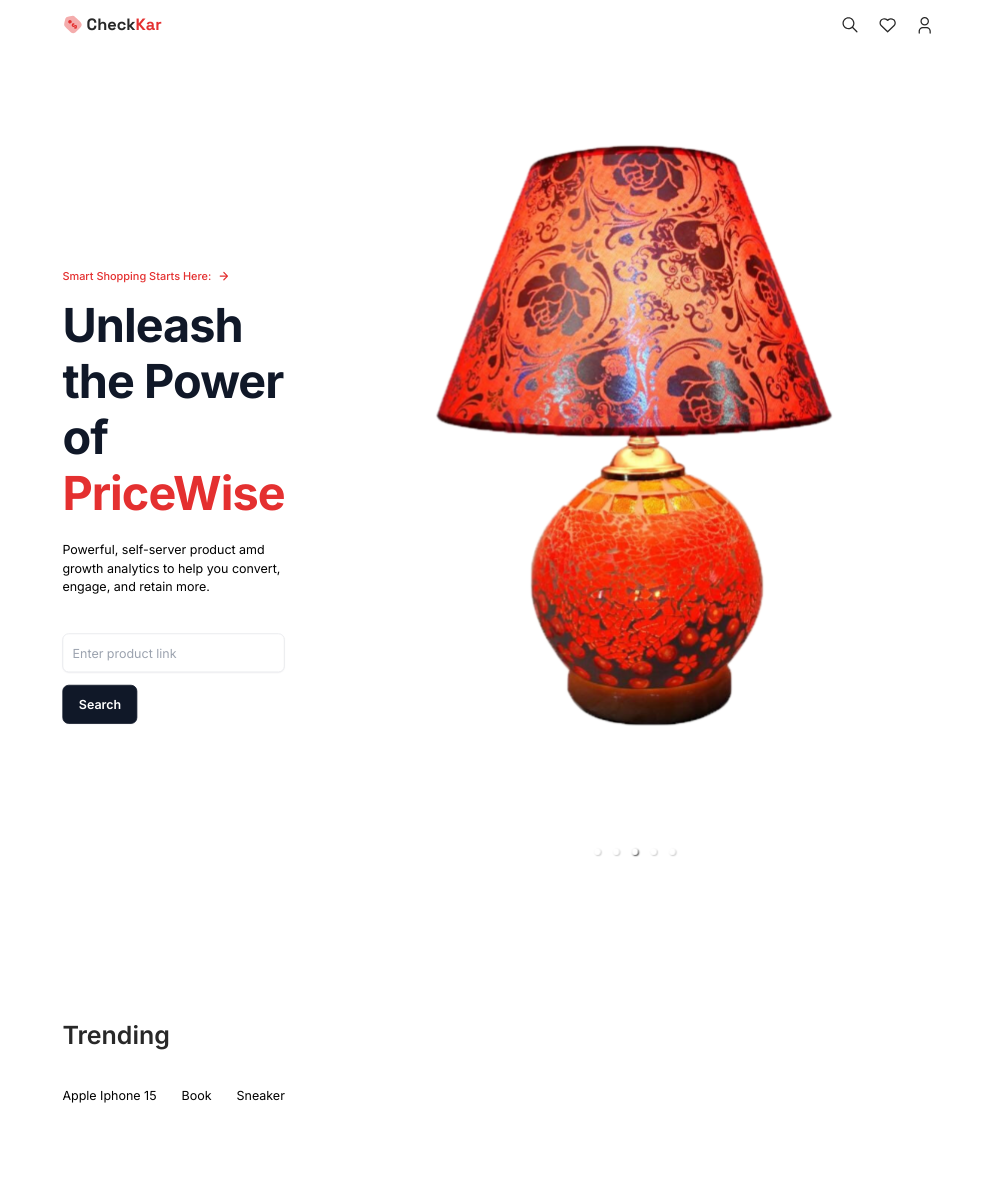
Repository: sahildhargave/price_compare
Page: /
An editor plug-in stored every save of this project. The page is shown before and after the next save, followed by the edit.
The browser window is 1280 px wide. The pictures show the whole page, at 78% of full size.
The project was rebuilt for these pictures with package versions that can differ from the ones it lists, and the page was loaded fresh each time. The framework's server and built-in components were replaced by stand-ins that run in the browser. Also part of the build but not shown: next.config.js.

Above is the page before, as saved 2023-12-18 14:17:40.

### app/layout.tsx
import type { Metadata } from 'next'
import { Inter , Space_Grotesk} from 'next/font/google'
import './globals.css'
import Navbar from '@/components/Navbar'

const inter = Inter({ subsets: ['latin'] })
const spaceGrotesk = Space_Grotesk({
	subsets: ['latin'], weight: ['300','400','500','600','700']
})
export const metadata: Metadata = {
  title: 'WebScrapping',
  description: 'Comparing Product Price',
}

export default function RootLayout({
  children,
}: {
  children: React.ReactNode
}) {
  return (
    <html lang="en">
      <body className={inter.className}>
		<main className='max-w-10xl mx-auto'>
			<Navbar/>
			{children}
		</main>
		</body>
    </html>
  )
}

### app/page.tsx
import React from 'react'
import Image from 'next/image'
import Searchbar from '@/components/Searchbar'
import HeroCarousel from '@/components/HeroCarousel'

const Home = () => {
	//const allProduct = await getAppProducts();

  return (
	<>
    <section className="px-6 md:px-20 py-24
	">
		<div className="flex max-xl:flex-col gap-16">
			<div className='flex flex-col justify-center'>
				<p className='small-text'>
					Smart Shopping Starts Here:
					<Image
					src="/assets/icons/arrow-right.svg"
                    alt="arrow-right"
					width={16}
					height={16}

					/>
				</p>

				<h1 className='head-text'>
					Unleash the Power of {" "}
					<span className='text-primary'>PriceWise</span>
				</h1>
				<p className='mt-6'>
					Powerful, self-server product amd growth analytics to help you convert, engage, and retain more.
				</p>
				<Searchbar/>
			</div>
           <HeroCarousel/>
		</div>


		</section>
		<section className='trending-section'>
			<h2 className='section-text'>Trending</h2>

			<div className='flex flex-wrap gap-x-8 gap-y-16'>
				{['Apple Iphone 15', 'Book', 'Sneaker'].map
				((product) => (
					<div>{product}</div>
				))
				}
			</div>
		</section>
	</>
  )
}

export default Home

### components/Navbar.tsx
import Link from 'next/link'
import React from 'react'
import Image from 'next/image'


const navIcons =[
	{src:'/assets/icons/search.svg', alt: 'search'},
	{src:'/assets/icons/black-heart.svg', alt: 'heart'},
	{src:'/assets/icons/user.svg', alt: 'user'},

]
const Navbar = () => {
  return (
	<header className='w-full'>
    <nav className='nav'>
     <Link href="/" className='flex items-center gap-1'>
		<Image
		src="/assets/icons/logo.svg"
		width={27}
		height={27}
		alt="logo"
		/>
		<p className='nav-logo'>
			Check<span className='text-primary'>Kar</span>

		</p>
		</Link>
		<div className='flex items-center gap-5'>
        {navIcons.map((icon) => (
			<Image
			key={icon.alt}
			src={icon.src}
			alt={icon.alt}
			width={28}
			height={28}
			className='object-contain'
			/>
		))}
		</div>


	</nav>
	</header>

  )
}

//
//import {
//  Navbar,
//  MobileNav,
//  Typography,
//  Button,
//  Menu,
//  MenuHandler,
//  MenuList,
//  MenuItem,
//  Avatar,
//  Card,
//  IconButton,
//} from "@material-tailwind/react";
//import {
//  CubeTransparentIcon,
//  UserCircleIcon,
//  CodeBracketSquareIcon,
//  Square3Stack3DIcon,
//  ChevronDownIcon,
//  Cog6ToothIcon,
//  InboxArrowDownIcon,
//  LifebuoyIcon,
//  PowerIcon,
//  RocketLaunchIcon,
//  Bars2Icon,
//} from "@heroicons/react/24/solid";
//
//// profile menu component
//const profileMenuItems = [
//  {
//    label: "My Profile",
//    icon: UserCircleIcon,
//  },
//  {
//    label: "Edit Profile",
//    icon: Cog6ToothIcon,
//  },
//  {
//    label: "Inbox",
//    icon: InboxArrowDownIcon,
//  },
//  {
//    label: "Help",
//    icon: LifebuoyIcon,
//  },
//  {
//    label: "Sign Out",
//    icon: PowerIcon,
//  },
//];
//
//function ProfileMenu() {
//  const [isMenuOpen, setIsMenuOpen] = React.useState(false);
//
//  const closeMenu = () => setIsMenuOpen(false);
//
//  return (
//    <Menu open={isMenuOpen} handler={setIsMenuOpen} placement="bottom-end">
//      <MenuHandler>
//        <Button
//          variant="text"
//          color="blue-gray"
//          className="flex items-center gap-1 rounded-full py-0.5 pr-2 pl-0.5 lg:ml-auto"
//        >
//          <Avatar
//            variant="circular"
//            size="sm"
//            alt="tania andrew"
//            className="border border-gray-900 p-0.5"
//            src="https://images.unsplash.com/photo-1633332755192-727a05c4013d?ixlib=rb-1.2.1&ixid=MnwxMjA3fDB8MHxwaG90by1wYWdlfHx8fGVufDB8fHx8&auto=format&fit=crop&w=1480&q=80"
//          />
//          <ChevronDownIcon
//            strokeWidth={2.5}
//            className={`h-3 w-3 transition-transform ${
//              isMenuOpen ? "rotate-180" : ""
//            }`}
//          />
//        </Button>
//      </MenuHandler>
//      <MenuList className="p-1">
//        {profileMenuItems.map(({ label, icon }, key) => {
//          const isLastItem = key === profileMenuItems.length - 1;
//          return (
//            <MenuItem
//              key={label}
//              onClick={closeMenu}
//              className={`flex items-center gap-2 rounded ${
//                isLastItem
//                  ? "hover:bg-red-500/10 focus:bg-red-500/10 active:bg-red-500/10"
//                  : ""
//              }`}
//            >
//              {React.createElement(icon, {
//                className: `h-4 w-4 ${isLastItem ? "text-red-500" : ""}`,
//                strokeWidth: 2,
//              })}
//              <Typography
//                as="span"
//                variant="small"
//                className="font-normal"
//                color={isLastItem ? "red" : "inherit"}
//              >
//                {label}
//              </Typography>
//            </MenuItem>
//          );
//        })}
//      </MenuList>
//    </Menu>
//  );
//}
//
//// nav list menu
//const navListMenuItems = [
//  {
//    title: "@material-tailwind/html",
//    description:
//      "Learn how to use @material-tailwind/html, packed with rich components and widgets.",
//  },
//  {
//    title: "@material-tailwind/react",
//    description:
//      "Learn how to use @material-tailwind/react, packed with rich components for React.",
//  },
//  {
//    title: "Material Tailwind PRO",
//    description:
//      "A complete set of UI Elements for building faster websites in less time.",
//  },
//];
//
//function NavListMenu() {
//  const [isMenuOpen, setIsMenuOpen] = React.useState(false);
//
//  const renderItems = navListMenuItems.map(({ title, description }) => (
//    <a href="#" key={title}>
//      <MenuItem>
//        <Typography variant="h6" color="blue-gray" className="mb-1">
//          {title}
//        </Typography>
//        <Typography variant="small" color="gray" className="font-normal">
//          {description}
//        </Typography>
//      </MenuItem>
//    </a>
//  ));
//
//  return (
//    <React.Fragment>
//      <Menu allowHover open={isMenuOpen} handler={setIsMenuOpen}>
//        <MenuHandler>
//          <Typography as="a" href="#" variant="small" className="font-normal">
//            <MenuItem className="hidden items-center gap-2 font-medium text-blue-gray-900 lg:flex lg:rounded-full">
//              <Square3Stack3DIcon className="h-[18px] w-[18px] text-blue-gray-500" />{" "}
//              Pages{" "}
//              <ChevronDownIcon
//                strokeWidth={2}
//                className={`h-3 w-3 transition-transform ${
//                  isMenuOpen ? "rotate-180" : ""
//                }`}
//              />
//            </MenuItem>
//          </Typography>
//        </MenuHandler>
//        <MenuList className="hidden w-[36rem] grid-cols-7 gap-3 overflow-visible lg:grid">
//          <Card
//            color="blue"
//            shadow={false}
//            variant="gradient"
//            className="col-span-3 grid h-full w-full place-items-center rounded-md"
//          >
//            <RocketLaunchIcon strokeWidth={1} className="h-28 w-28" />
//          </Card>
//          <ul className="col-span-4 flex w-full flex-col gap-1">
//            {renderItems}
//          </ul>
//        </MenuList>
//      </Menu>
//      <MenuItem className="flex items-center gap-2 font-medium text-blue-gray-900 lg:hidden">
//        <Square3Stack3DIcon className="h-[18px] w-[18px] text-blue-gray-500" />{" "}
//        Pages{" "}
//      </MenuItem>
//      <ul className="ml-6 flex w-full flex-col gap-1 lg:hidden">
//        {renderItems}
//      </ul>
//    </React.Fragment>
//  );
//}
//
//// nav list component
//const navListItems = [
//  {
//    label: "Account",
//    icon: UserCircleIcon,
//  },
//  {
//    label: "Blocks",
//    icon: CubeTransparentIcon,
//  },
//  {
//    label: "Docs",
//    icon: CodeBracketSquareIcon,
//  },
//];
//
//function NavList() {
//  return (
//    <ul className="mt-2 mb-4 flex flex-col gap-2 lg:mb-0 lg:mt-0 lg:flex-row lg:items-center">
//      <NavListMenu />
//      {navListItems.map(({ label, icon }, key) => (
//        <Typography
//          key={label}
//          as="a"
//          href="#"
//          variant="small"
//          color="gray"
//          className="font-medium text-blue-gray-500"
//        >
//          <MenuItem className="flex items-center gap-2 lg:rounded-full">
//            {React.createElement(icon, { className: "h-[18px] w-[18px]" })}{" "}
//            <span className="text-gray-900"> {label}</span>
//          </MenuItem>
//        </Typography>
//      ))}
//    </ul>
//  );
//}
//
//export function ComplexNavbar() {
//  const [isNavOpen, setIsNavOpen] = React.useState(false);
//
//  const toggleIsNavOpen = () => setIsNavOpen((cur) => !cur);
//
//  React.useEffect(() => {
//    window.addEventListener(
//      "resize",
//      () => window.innerWidth >= 960 && setIsNavOpen(false),
//    );
//  }, []);
//
//  return (
//    <Navbar className="mx-auto max-w-screen-xl p-2 lg:rounded-full lg:pl-6">
//      <div className="relative mx-auto flex items-center justify-between text-blue-gray-900">
//        <Typography
//          as="a"
//          href="#"
//          className="mr-4 ml-2 cursor-pointer py-1.5 font-medium"
//        >
//          Material Tailwind
//        </Typography>
//        <div className="hidden lg:block">
//          <NavList />
//        </div>
//        <IconButton
//          size="sm"
//          color="blue-gray"
//          variant="text"
//          onClick={toggleIsNavOpen}
//          className="ml-auto mr-2 lg:hidden"
//        >
//          <Bars2Icon className="h-6 w-6" />
//        </IconButton>
//
//        <Button size="sm" variant="text">
//          <span>Log In</span>
//        </Button>
//        <ProfileMenu />
//      </div>
//      <MobileNav open={isNavOpen} className="overflow-scroll">
//        <NavList />
//      </MobileNav>
//    </Navbar>
//  );
//}
//
export default Navbar

### components/Searchbar.tsx
"use client";

import React from 'react'

const Searchbar = () => {

	const handleSubmit = () => {}
  return (
	<form className='flex flex-wrap gap-4 mt-12'
	onSubmit={handleSubmit}
	>
		<input
		type="text"
		placeholder='Enter product link'
		className='searchbar-input'
		/>
		<button type="submit" className='searchbar-btn'>
			Search
		</button>

	</form>
  )
}

export default Searchbar

### components/HeroCarousel.tsx
"use client";

import React from 'react'
import "react-responsive-carousel/lib/styles/carousel.min.css";
import { Carousel } from 'react-responsive-carousel';
import Image from 'next/image';
const heroImage =[
	{ imgUrl: '/assets/images/hero-1.svg', alt: 'smartwatch' },
	{ imgUrl: '/assets/images/hero-2.svg', alt: 'bag'},
	{ imgUrl: '/assets/images/hero-3.svg', alt: 'lamp'},
	{ imgUrl: '/assets/images/hero-4.svg', alt: 'air fryer'},
	{ imgUrl: '/assets/images/hero-5.svg', alt: 'chair'},
]
const HeroCarousel = () => {
  return (
	   <Carousel
	   showThumbs={false}
	   autoPlay
	   infiniteLoop
	   interval={2000}
	   showArrows={false}
	   showStatus={false}
	   >
        { heroImage.map((image) => (
			<Image
			src={image.imgUrl}
			alt={image.alt}
			width={484}
			height={484}
			className="object-contain"
			key={image.alt}
			/>
		))}
       </Carousel>
  )
}

export default HeroCarousel

### tailwind.config.ts
/** @type {import('tailwindcss').Config} */
module.exports = {
  content: [
    "./pages/**/*.{js,ts,jsx,tsx,mdx}",
    "./components/**/*.{js,ts,jsx,tsx,mdx}",
    "./app/**/*.{js,ts,jsx,tsx,mdx}",
  ],
  theme: {
    extend: {
      colors: {
        primary: {
          DEFAULT: "#E43030",
          "orange": "#D48D3B",
          "green": "#3E9242"
        },
        secondary: "#282828",
        "gray-200": "#EAECF0",
        "gray-300": "D0D5DD",
        "gray-500": "#667085",
        "gray-600": "#475467",
        "gray-700": "#344054",
        "gray-900": "#101828",
        "white-100": "#F4F4F4",
        "white-200": "#EDF0F8",
        "black-100": "#3D4258",
        "neutral-black": "#23263B",
      },
      boxShadow: {
        xs: "0px 1px 2px 0px rgba(16, 24, 40, 0.05)",
      },
      maxWidth: {
        "10xl": '1440px'
      },
      fontFamily: {
        inter: ['Inter', 'sans-serif'],
        spaceGrotesk: ['Space Grotesk', 'sans-serif'],
      },
      borderRadius: {
        10: "10px"
      }
    },
  },
  plugins: [],
};/** @type {import('tailwindcss').Config} */
module.exports = {
  content: [
    "./pages/**/*.{js,ts,jsx,tsx,mdx}",
    "./components/**/*.{js,ts,jsx,tsx,mdx}",
    "./app/**/*.{js,ts,jsx,tsx,mdx}",
  ],
  theme: {
    extend: {
      colors: {
        primary: {
          DEFAULT: "#E43030",
          "orange": "#D48D3B",
          "green": "#3E9242"
        },
        secondary: "#282828",
        "gray-200": "#EAECF0",
        "gray-300": "D0D5DD",
        "gray-500": "#667085",
        "gray-600": "#475467",
        "gray-700": "#344054",
        "gray-900": "#101828",
        "white-100": "#F4F4F4",
        "white-200": "#EDF0F8",
        "black-100": "#3D4258",
        "neutral-black": "#23263B",
      },
      boxShadow: {
        xs: "0px 1px 2px 0px rgba(16, 24, 40, 0.05)",
      },
      maxWidth: {
        "10xl": '1440px'
      },
      fontFamily: {
        inter: ['Inter', 'sans-serif'],
        spaceGrotesk: ['Space Grotesk', 'sans-serif'],
      },
      borderRadius: {
        10: "10px"
      }
    },
  },
  plugins: [],
};/** @type {import('tailwindcss').Config} */
module.exports = {
  content: [
    "./pages/**/*.{js,ts,jsx,tsx,mdx}",
    "./components/**/*.{js,ts,jsx,tsx,mdx}",
    "./app/**/*.{js,ts,jsx,tsx,mdx}",
  ],
  theme: {
    extend: {
      colors: {
        primary: {
          DEFAULT: "#E43030",
          "orange": "#D48D3B",
          "green": "#3E9242"
        },
        secondary: "#282828",
        "gray-200": "#EAECF0",
        "gray-300": "D0D5DD",
        "gray-500": "#667085",
        "gray-600": "#475467",
        "gray-700": "#344054",
        "gray-900": "#101828",
        "white-100": "#F4F4F4",
        "white-200": "#EDF0F8",
        "black-100": "#3D4258",
        "neutral-black": "#23263B",
      },
      boxShadow: {
        xs: "0px 1px 2px 0px rgba(16, 24, 40, 0.05)",
      },
      maxWidth: {
        "10xl": '1440px'
      },
      fontFamily: {
        inter: ['Inter', 'sans-serif'],
        spaceGrotesk: ['Space Grotesk', 'sans-serif'],
      },
      borderRadius: {
        10: "10px"
      }
    },
  },
  plugins: [],
};

Loaded but not shown: app/globals.css (common file)

After the next save:
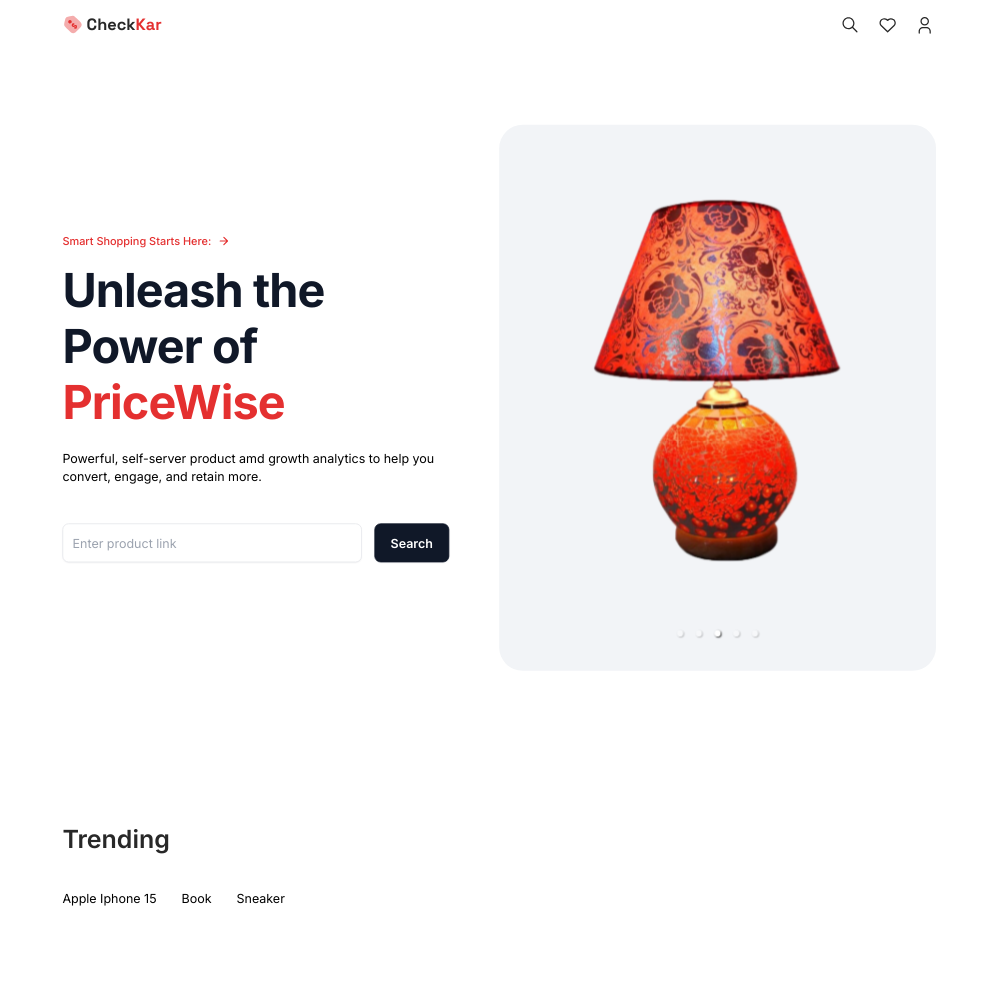
Saved 2 min 3 s later.
--- a/components/HeroCarousel.tsx
+++ b/components/HeroCarousel.tsx
@@ -13,7 +13,8 @@
 ]
 const HeroCarousel = () => {
   return (
-	   <Carousel
+	  <div className='hero-carousel'>
+		 <Carousel
 	   showThumbs={false}
 	   autoPlay
 	   infiniteLoop
@@ -32,6 +33,7 @@
 			/>
 		))}
        </Carousel>
+	  </div>
   )
 }
 
